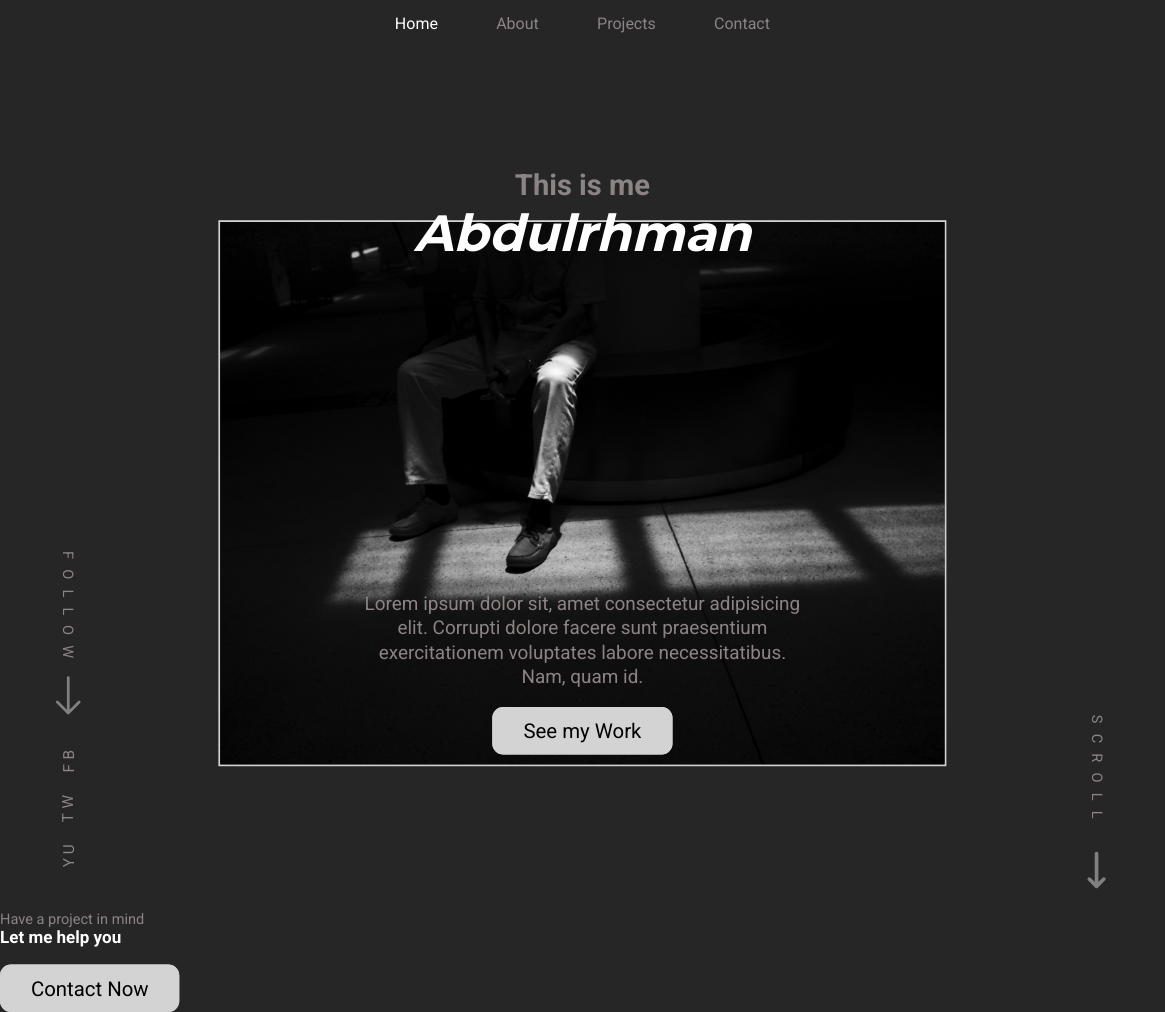
Repository: Abdoulrhman-altyeb/React-Typescript
Page: /
An editor plug-in stored every save of this project. The page is shown before and after the next save, followed by the edit.
The browser window is 1280 px wide. The pictures show the whole page, at 91% of full size.
The project was rebuilt for these pictures with package versions that can differ from the ones it lists, and the page was loaded fresh each time. Also part of the build but not shown: src/Pages/Contact.tsx, src/Pages/About.tsx, src/Pages/Projects.tsx.

Above is the page before, as saved 2021-05-18 15:52:56.

After the next save:
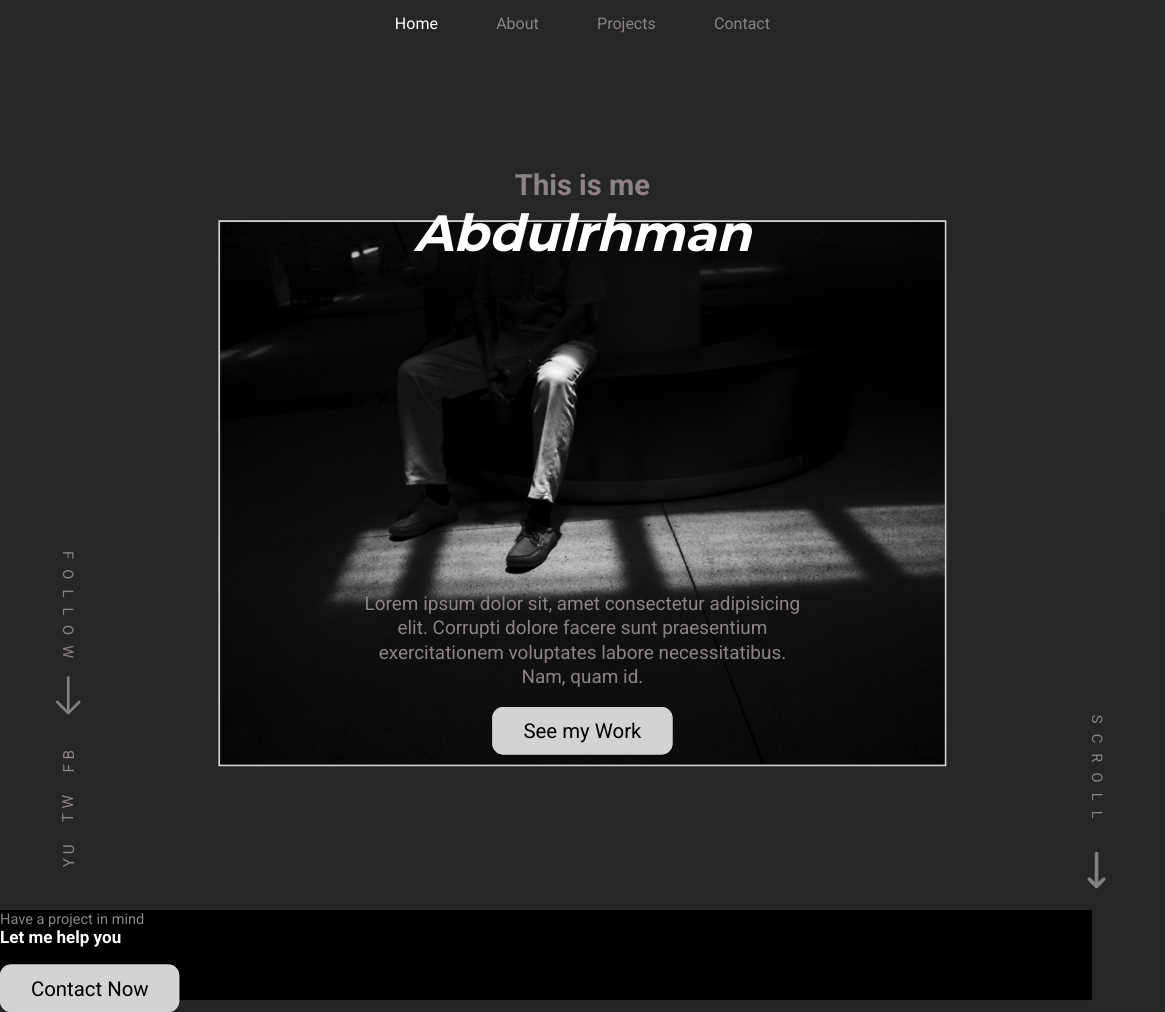
Saved 28 s later.
--- a/src/components/ContactButton.tsx
+++ b/src/components/ContactButton.tsx
@@ -13,7 +13,9 @@ const ContactButton: React.FC = () => {
 }
 
 const STYLEDIV = styled.div`
-
+    max-width:1200px;
+    width:100%;
+    background:black
 `;
 
 export default ContactButton;
